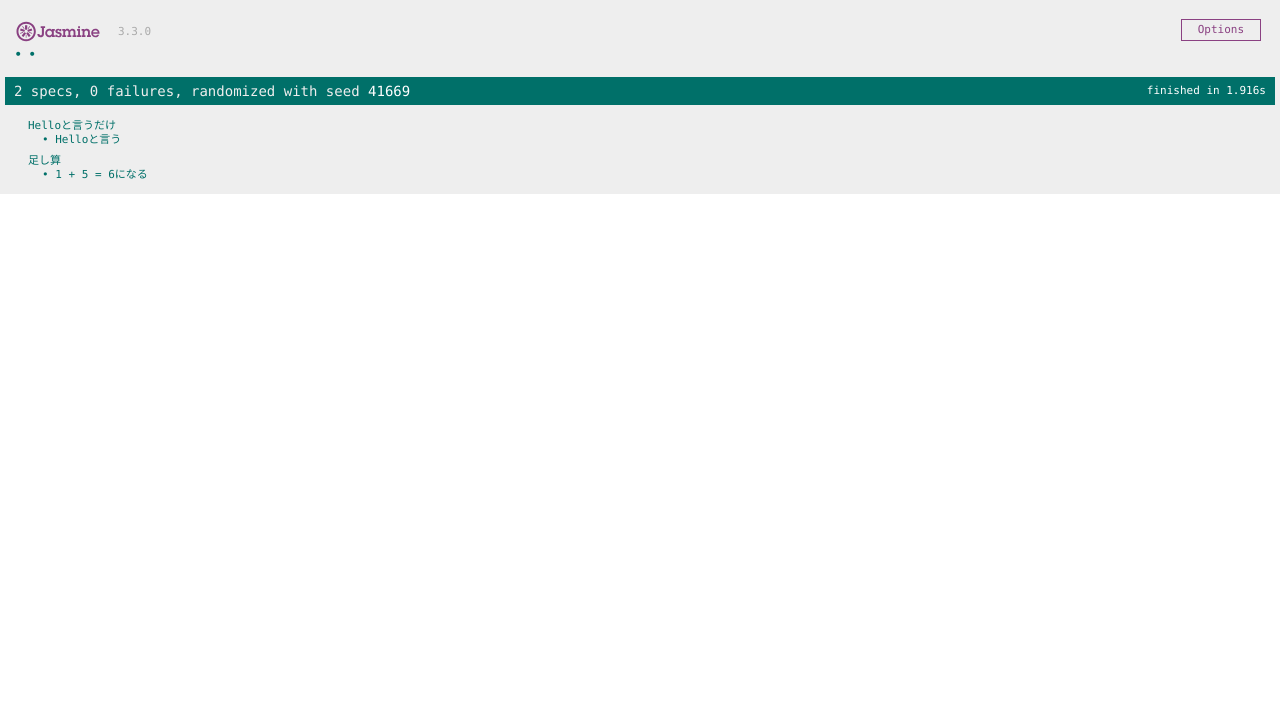
Repository: micabi/jasmine
Page: index.html
These files come from the project's save history. The page is drawn as it stood at one moment and after the next save; the edit follows.
The browser window is 1280 px wide. The pictures show the whole page.

Above is the page before, as saved 2018-11-01 00:12:26.

After the next save:
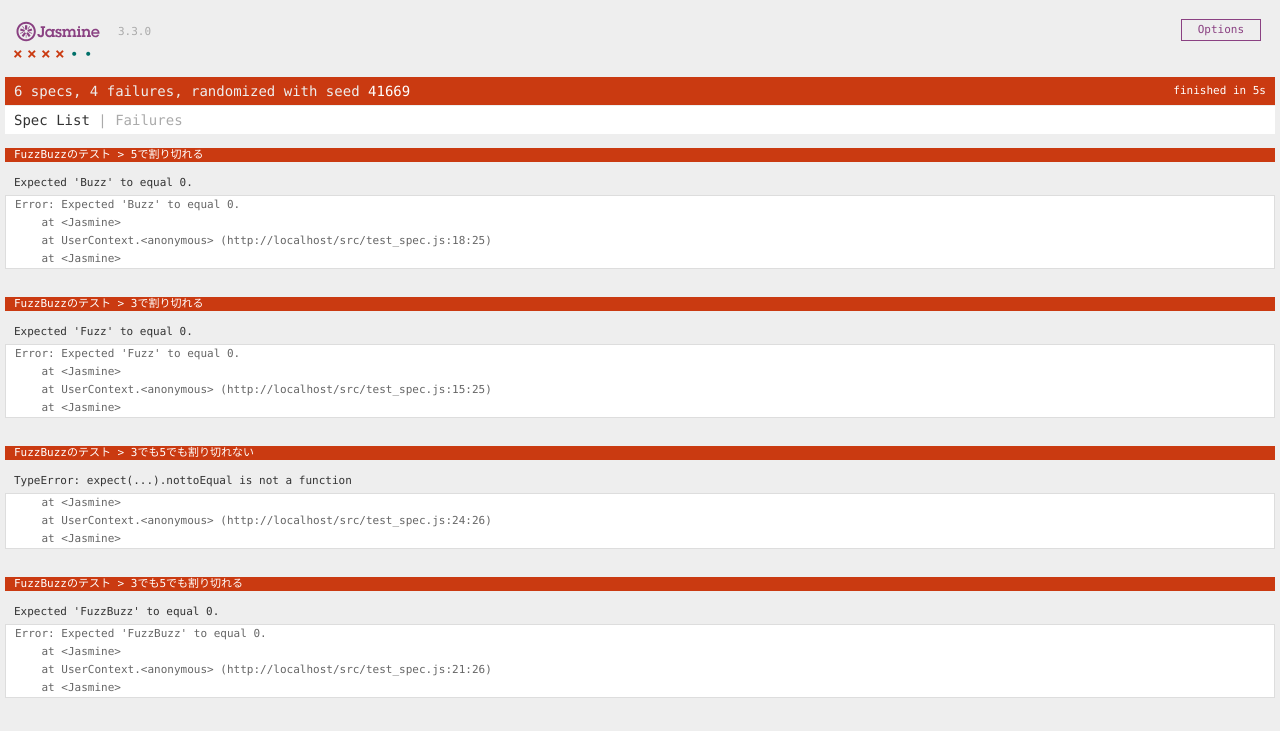
Saved 2 min 56 s later.
--- a/src/test_spec.js
+++ b/src/test_spec.js
@@ -9,3 +9,18 @@
     expect(sayHello()).toEqual("Hello");
   });
 });
+
+describe("FuzzBuzzのテスト", function(){
+  it("3で割り切れる", function(){
+    expect(fuzzBuzz(3)).toEqual(0);
+  });
+  it("5で割り切れる", function(){
+    expect(fuzzBuzz(5)).toEqual(0);
+  });
+  it("3でも5でも割り切れる", function(){
+    expect(fuzzBuzz(15)).toEqual(0);
+  });
+  it("3でも5でも割り切れない", function(){
+    expect(fuzzBuzz(19)).nottoEqual(0);
+  });
+});
